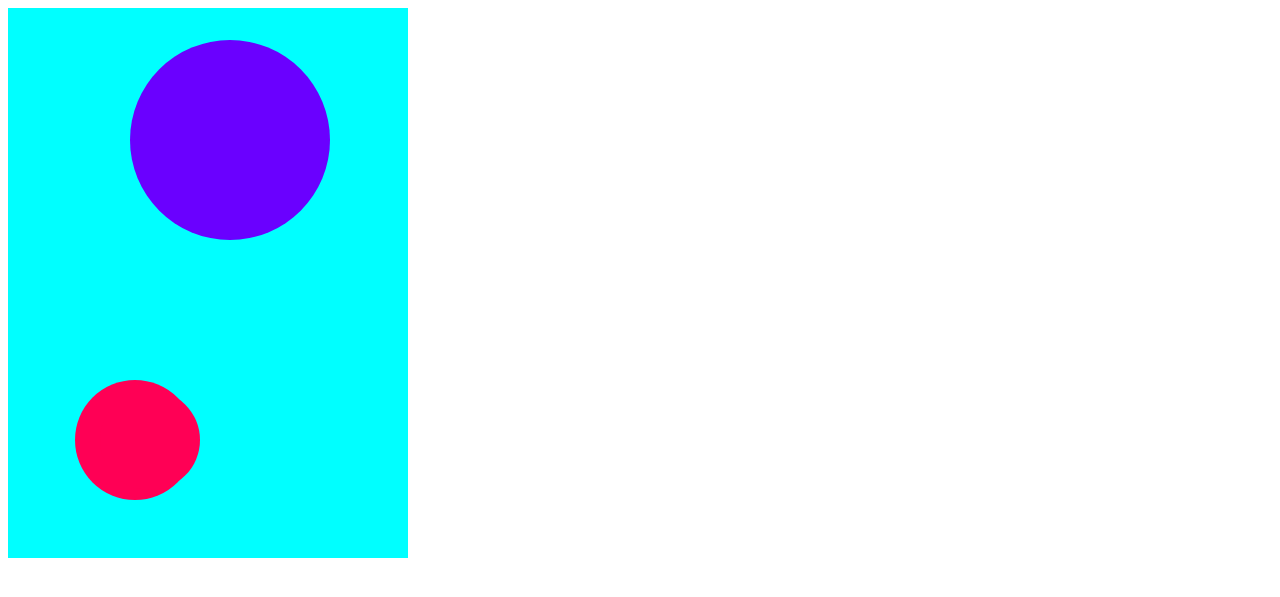
Repository: sara55m/Counter_App
Page: index.html
An editor plug-in stored every save of this project. The page is shown before and after the next save, followed by the edit.
The browser window is 1280 px wide. The pictures show the whole page.

Above is the page before, as saved 2024-07-30 01:41:17.

### index.html
<!DOCTYPE html>
<html lang="en">
<head>
    <meta charset="UTF-8">
    <meta name="viewport" content="width=device-width, initial-scale=1.0">
    <title>Document</title>
    <link rel="stylesheet" href="css/style.css">
</head>
<body>
    <div class="container">
        <div class="main"></div>
        <div class="increase"></div>
        <div class="reset"></div>
    </div>
    <script src="js/script.js"></script>
</body>
</html>

### css/style.css
.container{
    height:550px;
    width:400px;
    background-color: aqua;
}

.main{
    position:absolute;
    top:40px;
    left:130px;
    height:200px;
    width:200px;
    border-radius: 50%;
    background-color: rgb(106, 0, 255);
}


.increase{
    position:absolute;
    top:380px;
    left:75px;
    height:120px;
    width:120px;
    border-radius: 50%;
    background-color: rgb(255, 0, 85);
}


.reset{
    position:absolute;
    top:390px;
    left:100px;
    height:100px;
    width:100px;
    border-radius: 50%;
    background-color: rgb(255, 0, 85);
}

Loaded but not shown: js/script.js (no stored copy; drawn as an empty file)

After the next save:
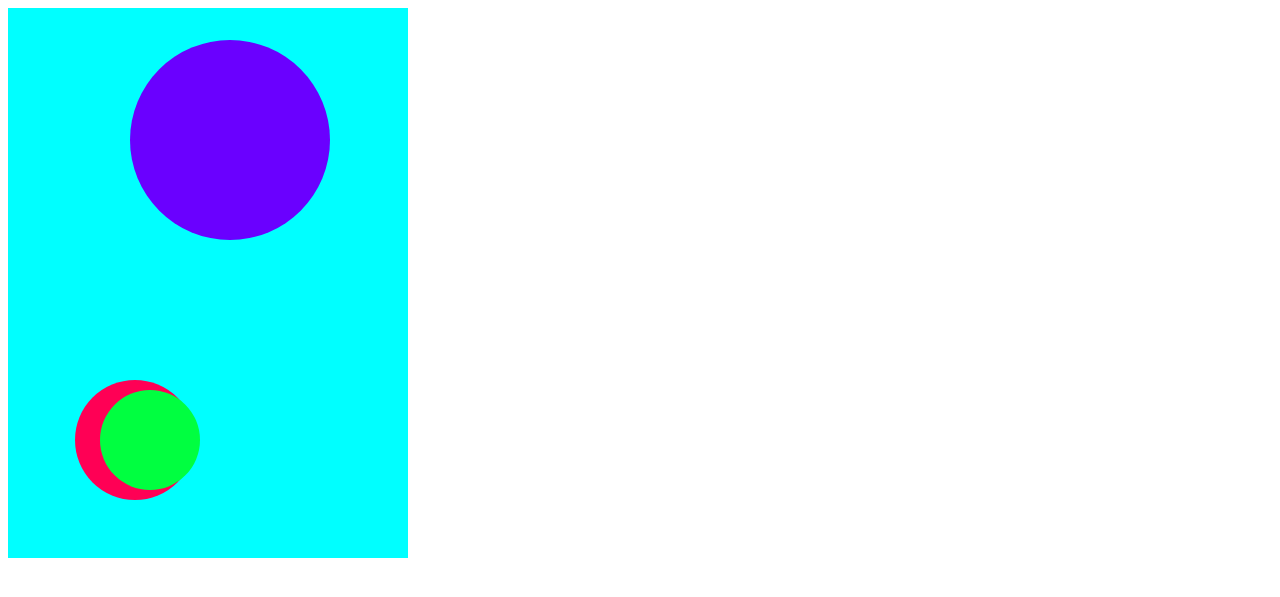
Saved 5 s later.
--- a/css/style.css
+++ b/css/style.css
@@ -33,5 +33,5 @@
     height:100px;
     width:100px;
     border-radius: 50%;
-    background-color: rgb(255, 0, 85);
+    background-color: rgb(0, 255, 64);
 }
